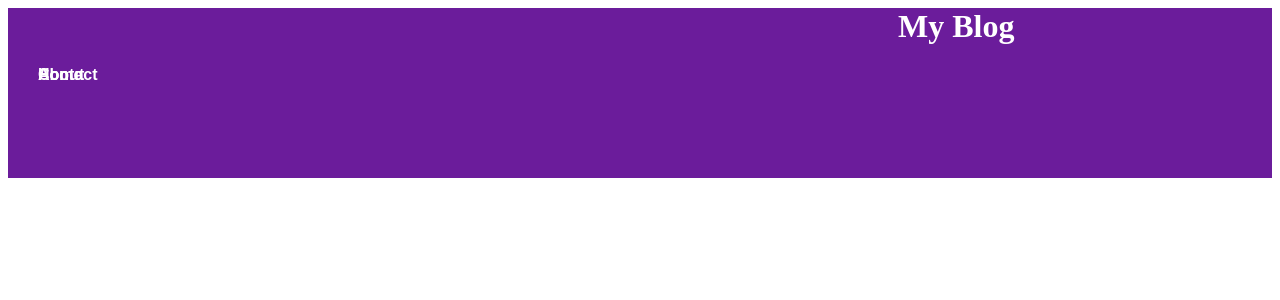
Repository: Femi007-gh/BLOG
Page: index.html
An editor plug-in stored every save of this project. The page is shown before and after the next save, followed by the edit.
The browser window is 1280 px wide. The pictures show the whole page.

Above is the page before, as saved 2025-01-08 07:13:28.

After the next save:
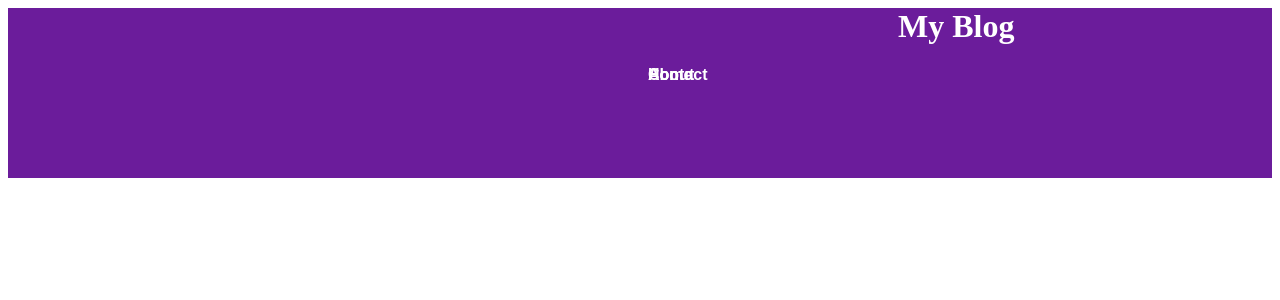
Saved 7 s later.
--- a/style.css
+++ b/style.css
@@ -26,7 +26,7 @@ nav ul {
   color: white;
   text-decoration: none;
   font-weight: bold;
-  margin-left: -10px;
+  margin-left: 600px;
   justify-content: space-evenly;
   margin-right: -980px;
 }
